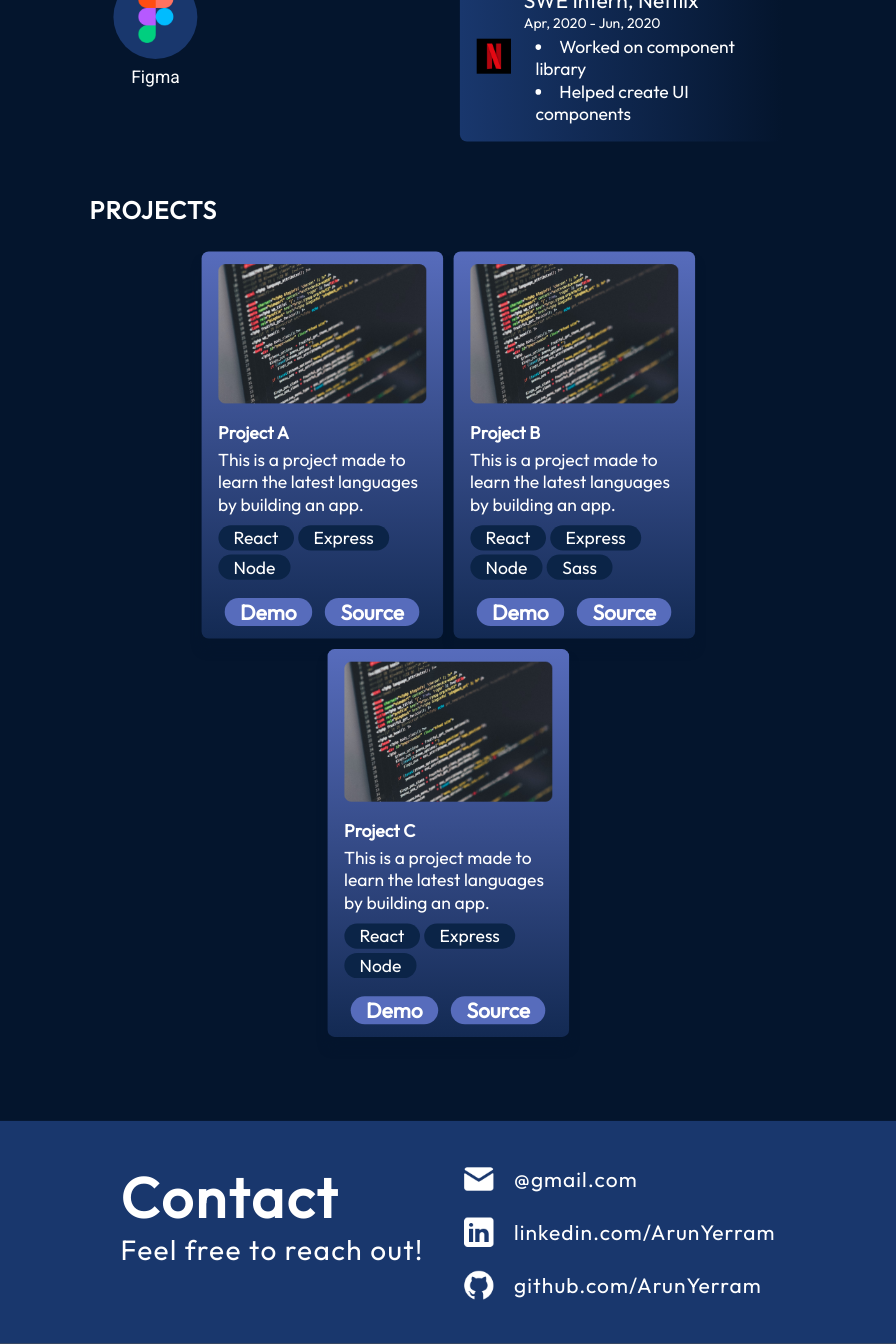
Repository: ARUN-YERRAM/Arun-Yerram-s-Portfolio-Website
Page: /
An editor plug-in stored every save of this project. The page is shown before and after a run of saves, followed by the edit.
The browser window is 1280 px wide. The pictures show the part of the page from y = 2285 to 4205 px (the page is 4205 px tall), at 70% of full size.
The project was rebuilt for these pictures with package versions that can differ from the ones it lists, and the page was loaded fresh each time. Also part of the build but not shown: vite.config.js.

Above is the page before, as saved 2024-03-02 05:56:07.

### src/components/About/About.jsx
import React from "react";

import styles from "./About.module.css";
import { getImageUrl } from "../../utils";

export const About = () => {
  return (
    <section className={styles.container} id="about">
      <h2 className={styles.title}>About</h2>
      <div className={styles.content}>
        <img
          src={getImageUrl("about/aboutImage.png")}
          alt="Me sitting with a laptop"
          className={styles.aboutImage}
        />
        <ul className={styles.aboutItems}>
          <li className={styles.aboutItem}>
            <img src={getImageUrl("about/cursorIcon.png")} alt="Cursor icon" />
            <div className={styles.aboutItemText}>
              <h3>Frontend Developer</h3>
              <p>
                I'm a frontend developer with experience in building responsive
                and optimized sites
              </p>
            </div>
          </li>
          <li className={styles.aboutItem}>
            <img src={getImageUrl("about/serverIcon.png")} alt="Server icon" />
            <div className={styles.aboutItemText}>
              <h3>Backend Developer</h3>
              <p>
                I have experience developing fast and optimised back-end systems
                and APIs
              </p>
            </div>
          </li>
          <li className={styles.aboutItem}>
            <img src={getImageUrl("about/cursorIcon.png")} alt="UI icon" />
            <div className={styles.aboutItemText}>
              <h3>UI Designer</h3>
              <p>
                I have designed multiple landing pages and have created design
                systems as well
              </p>
            </div>
          </li>
        </ul>
      </div>
    </section>
  );
};

### src/components/Contact/Contact.jsx
import React from "react";

import styles from "./Contact.module.css";
import { getImageUrl } from "../../utils";

export const Contact = () => {
  return (
    <footer id="contact" className={styles.container}>
      <div className={styles.text}>
        <h2>Contact</h2>
        <p>Feel free to reach out!</p>
      </div>
      <ul className={styles.links}>
        <li className={styles.link}>
          <img src={getImageUrl("contact/emailIcon.png")} alt="Email icon" />
          <a href="mailto:myemail@email.com">@gmail.com</a>
        </li>
        <li className={styles.link}>
          <img
            src={getImageUrl("contact/linkedinIcon.png")}
            alt="LinkedIn icon"
          />
          <a href="https://www.linkedin.com/in/arun-yerram-906b1524a/">linkedin.com/ArunYerram</a>
        </li>
        <li className={styles.link}>
          <img src={getImageUrl("contact/githubIcon.png")} alt="Github icon" />
          <a href="https://github.com/ARUN-YERRAM">github.com/ArunYerram</a>
        </li>
      </ul>
    </footer>
  );
};

### src/components/Experience/Experience.jsx
import React from "react";

import styles from "./Experience.module.css";
import skills from "../../data/skills.json";
import history from "../../data/history.json";
import { getImageUrl } from "../../utils";

export const Experience = () => {
  return (
    <section className={styles.container} id="experience">
      <h2 className={styles.title}>Experience</h2>
      <div className={styles.content}>
        <div className={styles.skills}>
          {skills.map((skill, id) => {
            return (
              <div key={id} className={styles.skill}>
                <div className={styles.skillImageContainer}>
                  <img src={getImageUrl(skill.imageSrc)} alt={skill.title} />
                </div>
                <p>{skill.title}</p>
              </div>
            );
          })}
        </div>
        <ul className={styles.history}>
          {history.map((historyItem, id) => {
            return (
              <li key={id} className={styles.historyItem}>
                <img
                  src={getImageUrl(historyItem.imageSrc)}
                  alt={`${historyItem.organisation} Logo`}
                />
                <div className={styles.historyItemDetails}>
                  <h3>{`${historyItem.role}, ${historyItem.organisation}`}</h3>
                  <p>{`${historyItem.startDate} - ${historyItem.endDate}`}</p>
                  <ul>
                    {historyItem.experiences.map((experience, id) => {
                      return <li key={id}>{experience}</li>;
                    })}
                  </ul>
                </div>
              </li>
            );
          })}
        </ul>
      </div>
    </section>
  );
};

### src/components/Hero/Hero.jsx
import React from "react";

import styles from "./Hero.module.css";
import { getImageUrl } from "../../utils";

export const Hero = () => {
  return (
    <section className={styles.container}>
      <div className={styles.content}>
        <h1 className={styles.title}>Hi, I'm Ada</h1>
        <p className={styles.description}>
          I'm a full-stack developer with 5 years of experience using React and
          NodeJS. Reach out if you'd like to learn more!
        </p>
        <a href="mailto:myemail@email.com" className={styles.contactBtn}>
          Contact Me
        </a>
      </div>
      <img
        src={getImageUrl("hero/heroImage.png")}
        alt="Hero image of me"
        className={styles.heroImg}
      />
      <div className={styles.topBlur} />
      <div className={styles.bottomBlur} />
    </section>
  );
};

### src/components/Navbar/Navbar.jsx
import React, { useState } from "react";

import styles from "./Navbar.module.css";
import { getImageUrl } from "../../utils";

export const Navbar = () => {
  const [menuOpen, setMenuOpen] = useState(false);

  return (
    <nav className={styles.navbar}>
      <a className={styles.title} href="/">
        Portfolio
      </a>
      <div className={styles.menu}>
        <img
          className={styles.menuBtn}
          src={
            menuOpen
              ? getImageUrl("nav/closeIcon.png")
              : getImageUrl("nav/menuIcon.png")
          }
          alt="menu-button"
          onClick={() => setMenuOpen(!menuOpen)}
        />
        <ul
          className={`${styles.menuItems} ${menuOpen && styles.menuOpen}`}
          onClick={() => setMenuOpen(false)}
        >
          <li>
            <a href="#about">About</a>
          </li>
          <li>
            <a href="#experience">Experience</a>
          </li>
          <li>
            <a href="#projects">Projects</a>
          </li>
          <li>
            <a href="#about">Contact</a>
          </li>
        </ul>
      </div>
    </nav>
  );
};

### src/components/About/About.module.css
@import "../../vars.css";

.container {
  position: relative;
  background-color: rgba(12, 12, 12, 0.6);
  border-radius: 15px;
  padding: 73px;
  margin-top: 129px;
  z-index: 1;
  margin-left: 10%;
  margin-right: 10%;
}

.title {
  color: var(--color-text);
  font-size: 35px;
  font-weight: 700;
  letter-spacing: 1.75px;
  text-transform: uppercase;
}

.content {
  display: flex;
  flex-direction: row;
  align-items: center;
}

.aboutImage {
  width: 35%;
}

.aboutItems {
  color: var(--color-text);
  display: flex;
  flex-direction: column;
  gap: 50px;
}

.aboutItem {
  display: flex;
  flex-direction: row;
  align-items: center;
  border-radius: 20px;
  list-style: none;
  padding: 25px;
  background-image: linear-gradient(
    90deg,
    rgba(165, 215, 232, 0.42) 0%,
    rgba(255, 255, 255, 0) 100%
  );
  background-size: 0 100%;
  background-repeat: no-repeat;
  transition: 0.4s;
}

.aboutItem:hover {
  background-size: 100% 100%;
}

.aboutItem h3 {
  font-size: 25px;
  font-weight: 600;
}

.aboutItem p {
  font-size: 25px;
}

@media screen and (max-width: 830px) {
  .container {
    background-color: transparent;
    padding-left: 0;
    padding-right: 0;
  }

  .content {
    flex-direction: column;
  }

  .aboutImage {
    display: none;
  }

  .aboutItems {
    margin-top: 29px;
  }

  .aboutItem {
    padding-left: 0;
    padding-right: 0;
  }
}

### src/components/Contact/Contact.module.css
@import "../../vars.css";

.container {
  color: var(--color-text);
  margin-top: 120px;
  background-color: var(--color-secondary);
  display: flex;
  flex-direction: row;
  justify-content: space-evenly;
  width: 100vw;
  padding: 58px 10%;
  gap: 10px;
}

.text h2 {
  font-size: 80px;
  font-weight: 700;
  letter-spacing: 4px;
}

.text p {
  font-size: 40px;
  font-weight: 400;
  letter-spacing: 2px;
}

.links {
  display: flex;
  flex-direction: column;
  align-items: flex-start;
  list-style: none;
  gap: 26px;
}

.link {
  display: flex;
  align-items: center;
  gap: 25px;
}

.link a {
  color: var(--color-text);
  text-decoration: none;
  font-size: 30px;
  font-weight: 400;
  letter-spacing: 1.5px;
}

@media screen and (max-width: 830px) {
  .container {
    flex-direction: column;
    gap: 23px;
  }

  .text {
    display: flex;
    flex-direction: column;
    align-items: center;
  }

  .links {
    align-items: center;
  }
}

### src/components/Experience/Experience.module.css
@import "../../vars.css";

.container {
  color: var(--color-text);
  margin-top: 79px;
  margin-left: 10%;
  margin-right: 10%;
}

.title {
  color: var(--color-text);
  font-size: 35px;
  font-weight: 700;
  letter-spacing: 1.75px;
  text-transform: uppercase;
}

.content {
  display: flex;
  flex-direction: row;
  justify-content: space-evenly;
  margin-top: 14px;
}

.skills {
  width: 45%;
  display: flex;
  flex-wrap: wrap;
  gap: 37px;
}

.skill {
  display: flex;
  flex-direction: column;
  align-items: center;
  gap: 11px;
}

.skillImageContainer {
  background-color: var(--color-secondary);
  border-radius: 100%;
  display: flex;
  align-items: center;
  justify-content: center;
  width: 120px;
  height: 120px;
}

.skillImageContainer img {
  width: 75px;
}

.skill p {
  font-size: 25px;
  font-family: var(--font-roboto);
  font-weight: 500;
}

.history {
  width: 45%;
  display: flex;
  flex-direction: column;
  gap: 40px;
}

.historyItem {
  display: flex;
  flex-direction: row;
  align-items: center;
  gap: 17px;
  background: #19376d;
  background: linear-gradient(90deg, #19376d 0%, rgba(25, 55, 109, 0) 100%);
  border-radius: 10px;
  padding: 24px;
}

.historyItem img {
  width: 50px;
}

.historyItemDetails {
  font-family: var(--font-roboto);
}

.historyItemDetails h3 {
  font-size: 30px;
  font-weight: 500;
}

.historyItemDetails p {
  font-size: 20px;
  font-weight: 300;
}

.historyItemDetails ul {
  margin-top: 6px;
  list-style-position: inside;
  font-size: 25px;
  list-style-type: disc;
  margin-left: 17px;
}

@media screen and (max-width: 830px) {
  .content {
    flex-direction: column;
    align-items: center;
    gap: 34px;
  }

  .skills {
    width: 100%;
    flex-direction: row;
    justify-content: center;
  }

  .history {
    width: 100%;
    gap: 9px;
  }
}

### src/components/Hero/Hero.module.css
@import "../../vars.css";

.container {
  position: relative;
  display: flex;
  align-items: center;
  justify-content: space-between;
  margin-top: 49px;
  z-index: 1;
  margin-left: 10%;
  margin-right: 10%;
}

.content {
  display: flex;
  flex-direction: column;
  align-items: flex-start;
  color: var(--color-text);
  z-index: 1;
}

.title {
  font-size: 72px;
  font-weight: 900;
  margin-bottom: 33px;
  font-family: var(--font-roboto);
  background: linear-gradient(
    90deg,
    rgba(255, 255, 255, 1) 70%,
    rgba(255, 255, 255, 0) 120%
  );
  -webkit-text-fill-color: transparent;
  -webkit-background-clip: text;
}

.description {
  font-size: 30px;
  font-family: var(--font-roboto);
  margin-bottom: 52px;
}

.contactBtn {
  text-decoration: none;
  background-color: var(--color-primary);
  color: var(--color-text);
  border-radius: 100px;
  font-size: 30px;
  font-weight: 600;
  padding: 17px 26px;
  box-shadow: 0 0 4px 0 rgba(0, 0, 0, 0.25);
}

.heroImg {
  width: 50%;
  z-index: 1;

  animation-name: floating;
  animation-duration: 3s;
  animation-iteration-count: infinite;
  animation-timing-function: ease-in-out;
}

@keyframes floating {
  0% {
    transform: translate(0, 0px);
  }
  50% {
    transform: translate(0, 10px);
  }
  100% {
    transform: translate(0, -0px);
  }
}

.topBlur {
  position: absolute;
  width: 50vw;
  height: 50vw;
  min-width: 350px;
  min-width: 350px;
  top: -128px;
  left: -10vw;
  border-radius: 764px;
  background: rgba(25, 55, 109, 0.7);
  filter: blur(100px);
  z-index: 0;
}

.bottomBlur {
  position: absolute;
  width: 70vw;
  height: 50vw;
  min-width: 350px;
  min-width: 250px;
  top: 246px;
  right: -25vw;
  border-radius: 764px;
  background: rgba(25, 55, 109, 0.7);
  filter: blur(100px);
  z-index: 0;
}

@media screen and (max-width: 830px) {
  .container {
    flex-direction: column-reverse;
  }

  .content {
    align-items: center;
  }
}

### src/components/Navbar/Navbar.module.css
@import "../../vars.css";

.navbar {
  position: relative;
  display: flex;
  align-items: center;
  justify-content: space-between;
  padding-top: 61px;
  z-index: 2;
  margin: 0 10%;
}

.title {
  font-size: 30px;
  font-weight: 600;
  text-decoration: none;
  color: var(--color-text);
}


.menuBtn {
  display: none;
}

.menu {
  display: flex;
}

.menuItems {
  display: flex;
  gap: 47px;
  list-style: none;
}

.menuItems a {
  font-size: 25px;
  color: var(--color-text);
  text-decoration: none;
}

@media screen and (max-width: 830px) {
  .navbar {
    flex-direction: column;
    align-items: flex-start;
  }

  .menu {
    position: absolute;
    right: 0;
    margin-right: 10%;
    flex-direction: column;
    align-items: flex-end;
    gap: 11px;
    z-index: 3;
  }

  .menuBtn {
    display: block;
    cursor: pointer;
  }

  .menuItems {
    display: none;
    flex-direction: column;
    align-items: center;
    gap: 13px;
    border-radius: 10px;
    background: rgb(25, 55, 109);
    background: linear-gradient(
      0deg,
      rgba(25, 55, 109, 0.2) 0%,
      rgba(25, 55, 109, 1) 100%
    );
    padding: 24px 33px;
    box-shadow: 0 0 4px 0 rgba(0, 0, 0, 0.25);
  }

  .menuOpen {
    display: flex;
    z-index: 1;
  }
}

### src/components/Projects/ProjectCard.jsx
import React from "react";

import styles from "./ProjectCard.module.css";
import { getImageUrl } from "../../utils";

export const ProjectCard = ({
  project: { title, imageSrc, description, skills, demo, source },
}) => {
  return (
    <div className={styles.container}>
      <img
        src={getImageUrl(imageSrc)}
        alt={`Image of ${title}`}
        className={styles.image}
      />
      <h3 className={styles.title}>{title}</h3>
      <p className={styles.description}>{description}</p>
      <ul className={styles.skills}>
        {skills.map((skill, id) => {
          return (
            <li key={id} className={styles.skill}>
              {skill}
            </li>
          );
        })}
      </ul>
      <div className={styles.links}>
        <a href={demo} className={styles.link}>
          Demo
        </a>
        <a href={source} className={styles.link}>
          Source
        </a>
      </div>
    </div>
  );
};

### src/components/Projects/ProjectCard.module.css
@import "../../vars.css";

.container {
  display: flex;
  flex-direction: column;
  border-radius: 10px;
  background: linear-gradient(180deg, #576cbc 0%, #132a53 100%);
  box-shadow: 0 16px 14px 0 #04152d;
  padding: 18px 24px;
  max-width: 345px;
}

.image {
  margin-bottom: 26px;
}

.title {
  font-size: 25px;
  font-weight: 700;
}

.description {
  margin-top: 6px;
  font-size: 25px;
  font-weight: 400;
}

.skills {
  width: 100%;
  margin-top: 14px;
  display: flex;
  flex-direction: row;
  flex-wrap: wrap;
  gap: 6px;
  list-style: none;
}

.skill {
  font-size: 25px;
  font-weight: 400;
  border-radius: 100px;
  background: var(--color-dark);
  padding: 2px 22px;
}

.links {
  width: 100%;
  margin-top: 26px;
  display: flex;
  justify-content: space-around;
}

.link {
  text-decoration: none;
  color: var(--color-text);
  font-size: 30px;
  font-weight: 600;
  border-radius: 100px;
  background: var(--color-primary);
  padding: 1px 22px;
}

Loaded but not shown: index.html (common file); src/main.jsx (common file); src/App.jsx (common file); src/index.css (common file); src/App.module.css (common file); src/components/Projects/Projects.jsx (common file); src/vars.css (common file); src/utils.js (common file); src/data/skills.json (common file); src/data/history.json (common file); src/components/Projects/Projects.module.css (common file); src/data/projects.json (common file)

After the next 3 saves:
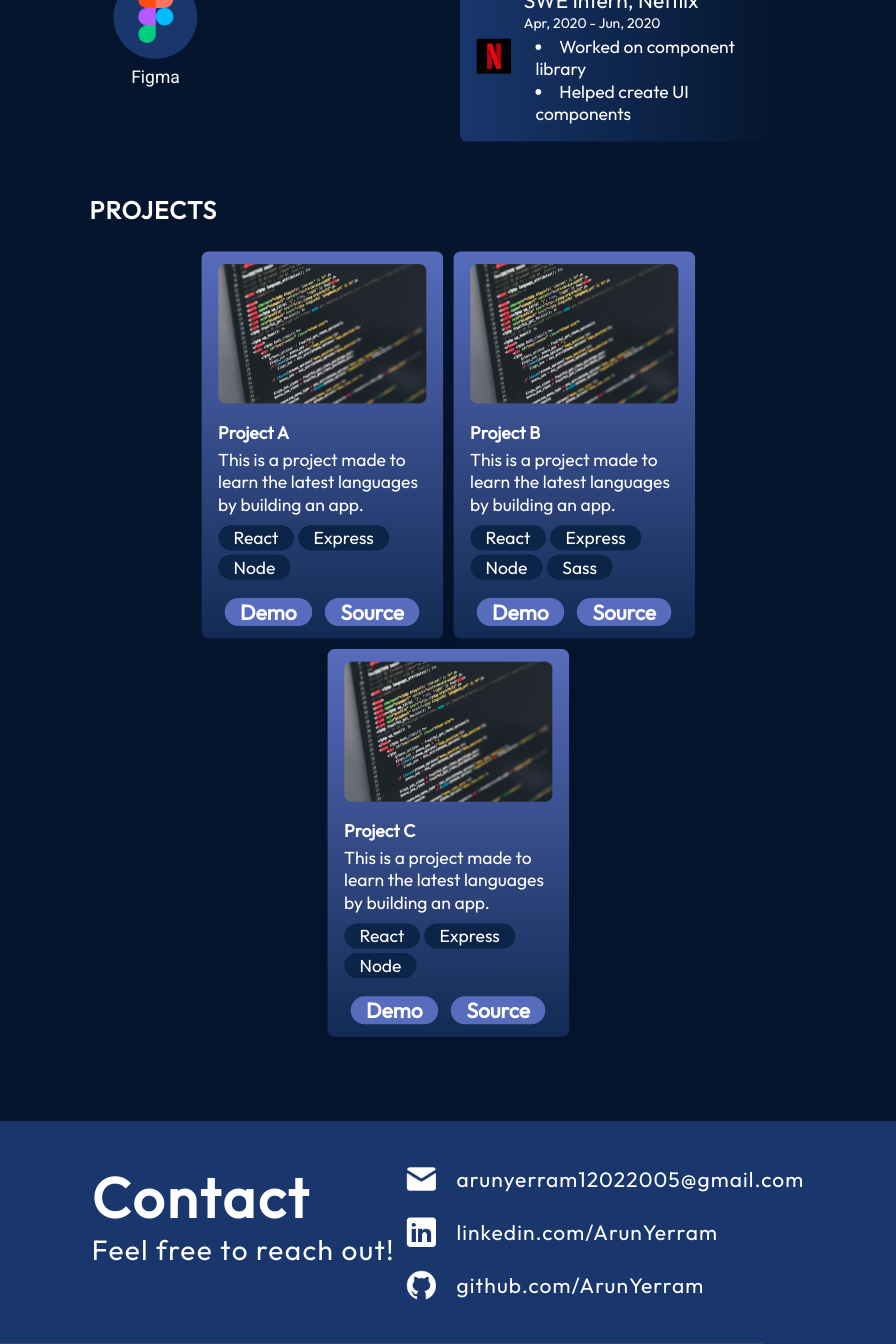
The 3 saves are shown as one change because they came seconds apart.
The last was saved 26 s later.
--- a/src/components/Contact/Contact.jsx
+++ b/src/components/Contact/Contact.jsx
@@ -13,7 +13,7 @@
       <ul className={styles.links}>
         <li className={styles.link}>
           <img src={getImageUrl("contact/emailIcon.png")} alt="Email icon" />
-          <a href="mailto:myemail@email.com">@gmail.com</a>
+          <a href="mailto:myemail@email.com">arunyerram12022005@gmail.com</a>
         </li>
         <li className={styles.link}>
           <img
